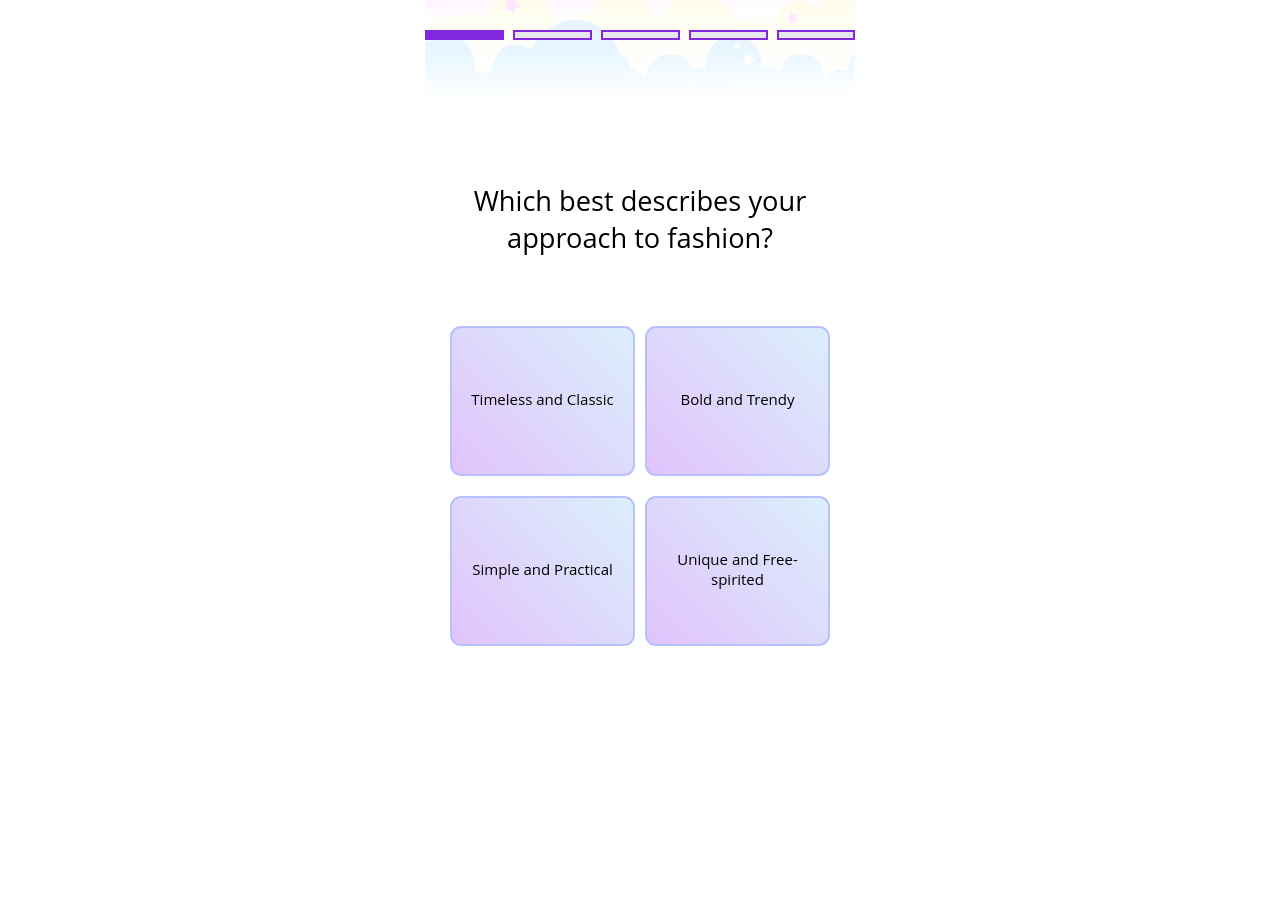
Repository: navnneett/clotho
Page: /QuestionOne
The author's editor kept a copy of each file at every save. The page is drawn from the files as they stood at one save, then again after a run of saves.
The browser window is 1280 px wide. The pictures show the whole page.
The project was rebuilt for these pictures with package versions that can differ from the ones it lists, and the page was loaded fresh each time. The framework's server and built-in components were replaced by stand-ins that run in the browser. Also part of the build but not shown: next.config.js, next.config.mjs, styles/QuestionTwo.module.css, components/Button/Button.module.css, components/Button/index.js, pages/QuestionTwo.js, styles/QuestionThree.module.css, pages/QuestionThree.js and 10 more.

Above is the page before, as saved 2024-05-04 16:50:03.

### pages/QuestionOne.js
import { useState } from "react";
import styles from "@/styles/QuestionOne.module.css";
import QuestionTwo from "./QuestionTwo";
import QuestionThree from "./QuestionThree";
import QuestionFour from "./QuestionFour";
import QuestionFive from "./QuestionFive";
import Button from "@/components/Button";
import ButtonTwo from "@/components/ButtonTwo";
import Image from "next/image";

export default function QuestionOne() {
    const [currentQuestion, setCurrentQuestion] = useState(1);
    const [selectedAnswers, setSelectedAnswers] = useState([]);
    const [quizCompleted, setQuizCompleted] = useState(false);

    const handleAnswerSelection = (answer) => {
        setSelectedAnswers([...selectedAnswers, answer]);
    };



    const handleNextQuestion = () => {
        if (currentQuestion < 5) {
            setCurrentQuestion(currentQuestion + 1);
        } else {
            setQuizCompleted(true);
        }
    };

    return (
        <>
            {currentQuestion === 1 && (
                <div className={styles.mainContainer}>
                    <Image
                        src="/images/quiz/Progress Indicator.png"
                        alt="Progress Indicator question 1"
                        width={430}
                        height={10}
                        className={styles.imageOne}
                    />
                    <div className={styles.contentContainer}>
                        <div className={styles.optionContainer}>
                            <p className={styles.openSansText} tabIndex={1}>Which best describes your approach to fashion?</p>
                            <div className={styles.optionRowOne}>
                                <ButtonTwo onClick={() => handleAnswerSelection('A')} title="Timeless and Classic" className={styles.optionRowInnerOne} tabIndex={2}/>
                                <ButtonTwo onClick={() => handleAnswerSelection('B')} title="Bold and Trendy" className={styles.optionRowInnerTwo} tabIndex={3}/>
                            </div>
                            <div className={styles.optionRowTwo}>
                                <ButtonTwo onClick={() => handleAnswerSelection('C')} title="Simple and Practical" className={styles.optionRowInnerThree} tabIndex={4}/>
                                <ButtonTwo onClick={() => handleAnswerSelection('D')} title="Unique and Free-spirited" className={styles.optionRowInnerFour} tabIndex={5}/>
                            </div>
                            <div className={styles.nextButtonContainer}>
                                {selectedAnswers.length > 0 && (
                                    <Button onClick={handleNextQuestion} title="Next" className={styles.nextButton} tabIndex={6}/>
                                )}
                            </div>
                        </div>
                    </div>
                </div>
            )}

            {currentQuestion === 2 && (
                <QuestionTwo onNextQuestion={handleNextQuestion} onAnswerSelection={handleAnswerSelection} />
            )}

            {currentQuestion === 3 && (
                <QuestionThree onNextQuestion={handleNextQuestion} onAnswerSelection={handleAnswerSelection} />
            )}

            {currentQuestion === 4 && (
                <QuestionFour onNextQuestion={handleNextQuestion} onAnswerSelection={handleAnswerSelection} />
            )}

            {currentQuestion === 5 && (
                <QuestionFive onNextQuestion={handleNextQuestion} onAnswerSelection={handleAnswerSelection} />
            )}
        </>
    );
}

### styles/globals.css
:root {

    --transparency: rgba(0, 0, 0, 0);
    --gray: rgb(119, 119, 119);
    --red: rgb(201, 8, 8);

    --large: 21px;
    --medium: 18px;
    --small: 16px;
    --logo: 25px;

    --button-linear-light: 45deg, rgba(221, 184, 255, 0.8), rgba(214, 239, 255, 0.8);
    --button-outline-light: 2px solid #B8C0FF;
    --inventory-card-outline: 4px solid #B8C0FF;
    --button-highlight-light: #8229E0;
    --black: black;
    --white: white;
    --white-transparent: rgba(255, 255, 255, 0.5);
    --light-gray: #B3B3B3;

    --chart-color-purple: #8884d8;
    --chart-color-blue: #83a6ed;
    --chart-color-cyan: #8dd1e1;
    --chart-color-bright-purple: #b399ff;
    --chart-color-light-purple: #b8c0ff;

    --inventory-bgColor: #FBFBFB;



    /* Text styles */
    --open-sans-text: 'Open Sans', sans-serif;
    --open-sans-weight: 500;
    --open-sans-size: 1.7rem;
    --open-sans-small: 1rem;
    --open-sans-medium: 1.2rem;

    --roboto-slab-text: 'Roboto Slab', serif;
    --roboto-slab-weight: 600;
    --roboto-slab-weight-small: 300;
    --roboto-slab-size: 3rem;
    --roboto-slab-small: 2rem;
}


html,
body {
    padding: 0;
    width: 430px;
    min-height: 923px;
    margin: 0 auto 0 auto;
}

### styles/QuestionOne.module.css
/* iPhone 14 Pro */

    .mainContainer {
        height: 100vh;
        background-image: url('/images/quiz/Light Mode Low Opacity.png');
        background-size: cover;
        background-position: center;

    }

    .contentContainer {
        display: flex;
        flex-direction: column;
        align-items: center;
        justify-content: center;
        height: calc(100vh - 20px);
        padding-bottom: 20px;
    }

    .optionContainer {
        display: flex;
        flex-direction: column;
        align-items: center;
        justify-content: center;
        height: 100vh;
    }

    .nextButtonContainer {

    }

    .imageOne {
        padding-top: 30px;
    }

    .openSansText {
        font-family: var(--open-sans-text);
        font-weight: var(--open-sans-weight);
        font-size: var(--open-sans-size);
        padding: 40px 10px;
        margin: 30px 20px;
        text-align: center;
    }

    .optionRowOne {
        display: flex;
        margin-bottom: 20px;
        margin-left: 20px;
        margin-right: 20px;
    }

    .optionRowTwo {
        display: flex;
        justify-content: center;
        margin-bottom: 30px;
        margin-left: 20px;
        margin-right: 20px;
    }

    .optionRowInnerOne {
        margin-right: 15px;
    }

    .optionRowInnerTwo {
        margin-left: 15px;

    }

    .selected {
        background-color: var(--button-highlight-light);
        background-image: none;
        color: var(--white);
    }

### components/ButtonTwo/index.js
import styles from './ButtonTwo.module.css';

export default function Button({
    title = "test",
    onClick = () => {},
    height,
    width,
    bgColor,
    fontSize,
    margin,
    className = '',
}) {
    return (
        <button
            className={`${styles.button} ${className}`}
            onClick={onClick}
            style={{ height, width, backgroundColor: bgColor, fontSize, margin }}
        >
            {title}
        </button>
    );
}

### components/ButtonTwo/ButtonTwo.module.css
.button {
    padding: 10px 15px 15px 15px;
    width: 185px;
    height: 150px;
    font-size: 15px;
    background-image: linear-gradient(var(--button-linear-light));
    color: var(--black);
    border: none;
    border-radius: 11px;
    cursor: pointer;
    border: var(--button-outline-light);
    font-family: var(--open-sans-text);
    align-items: center;
    margin: 0 5px 0 5px;
}

.button:hover {
    background-color: var(--button-highlight-light);
    background-image: none;
    color: var(--white);
}

Loaded but not shown: pages/_app.js (common file); pages/_document.js (common file)

After the next 2 saves:
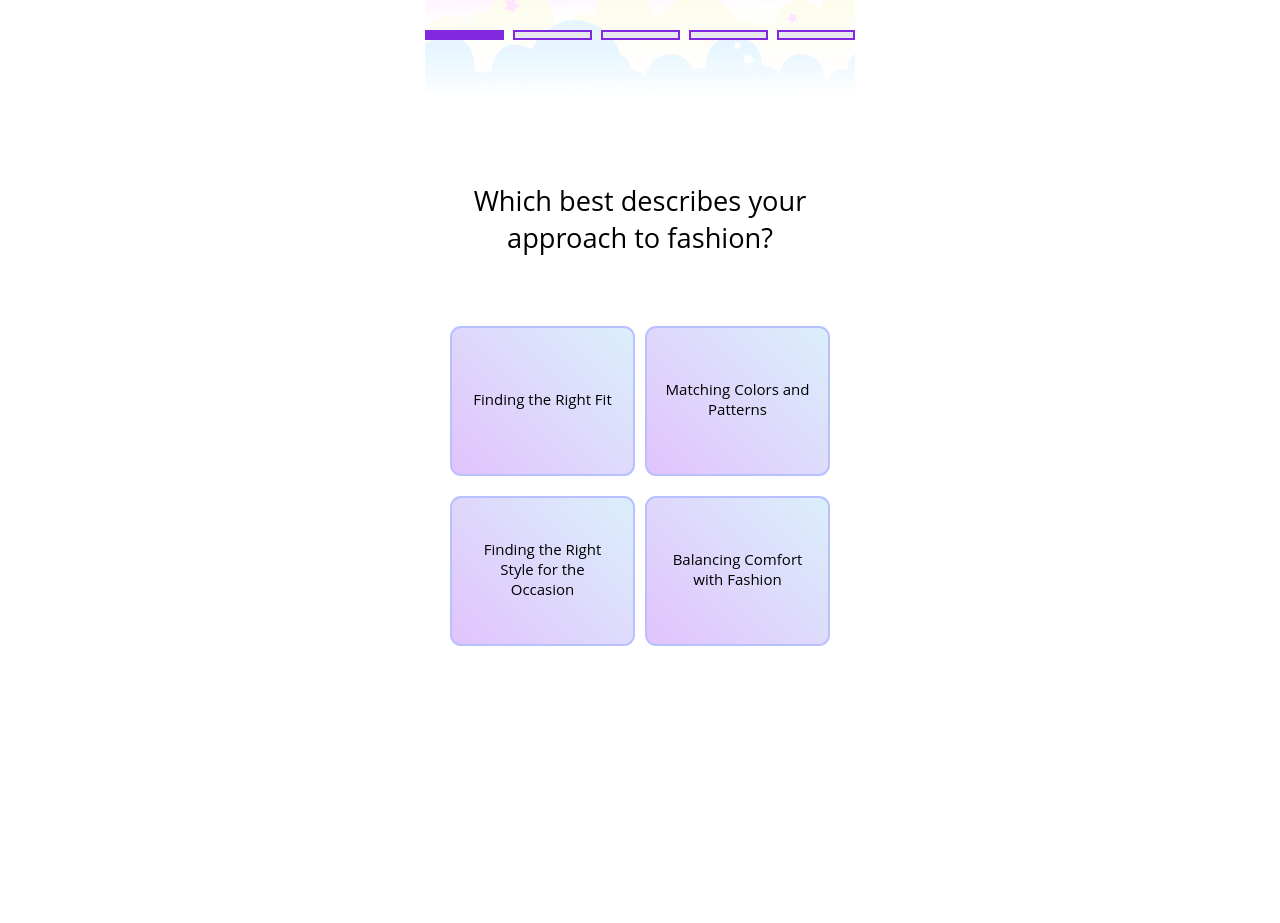
The 2 saves are shown as one change because 1 did not build or start.
The last was saved 3 min 18 s later.
--- a/pages/QuestionOne.js
+++ b/pages/QuestionOne.js
@@ -10,16 +10,22 @@ import Image from "next/image";
 
 export default function QuestionOne() {
     const [currentQuestion, setCurrentQuestion] = useState(1);
+    const [selectedAnswer, setSelectedAnswer] = useState(null);
     const [selectedAnswers, setSelectedAnswers] = useState([]);
     const [quizCompleted, setQuizCompleted] = useState(false);
 
     const handleAnswerSelection = (answer) => {
-        setSelectedAnswers([...selectedAnswers, answer]);
+        setSelectedAnswer(answer);
     };
 
+    const handleNextQuestion = () => {
 
+        if (selectedAnswer !== null) {
+            setSelectedAnswers([...selectedAnswers, selectedAnswer]);
+            setSelectedAnswer(null);
+        }
 
-    const handleNextQuestion = () => {
+        // Advance to the next question
         if (currentQuestion < 5) {
             setCurrentQuestion(currentQuestion + 1);
         } else {
@@ -27,52 +33,100 @@ export default function QuestionOne() {
         }
     };
 
+    if (quizCompleted) {
+        return (
+            <div>
+                <h1>Quiz Completed!</h1>
+                <p>Thank you for completing the quiz.</p>
+                <p>Your selected answers:</p>
+                <ul>
+                    {selectedAnswers.map((answer, index) => (
+                        <li key={index}>{answer}</li>
+                    ))}
+                </ul>
+            </div>
+        );
+    }
+
     return (
         <>
             {currentQuestion === 1 && (
                 <div className={styles.mainContainer}>
                     <Image
                         src="/images/quiz/Progress Indicator.png"
-                        alt="Progress Indicator question 1"
+                        alt="Progress Indicator"
                         width={430}
                         height={10}
                         className={styles.imageOne}
                     />
                     <div className={styles.contentContainer}>
-                        <div className={styles.optionContainer}>
-                            <p className={styles.openSansText} tabIndex={1}>Which best describes your approach to fashion?</p>
-                            <div className={styles.optionRowOne}>
-                                <ButtonTwo onClick={() => handleAnswerSelection('A')} title="Timeless and Classic" className={styles.optionRowInnerOne} tabIndex={2}/>
-                                <ButtonTwo onClick={() => handleAnswerSelection('B')} title="Bold and Trendy" className={styles.optionRowInnerTwo} tabIndex={3}/>
+                        <p className={styles.openSansText} tabIndex={1}>
+                            Which best describes your approach to fashion?
+                        </p>
+
+                        <div className={styles.optionRowOne}>
+                            <ButtonTwo
+                                onClick={() => handleAnswerSelection('A')}
+                                title="Finding the Right Fit"
+                                className={selectedAnswer === 'A' ? styles.selected : ''}
+                            />
+                            <ButtonTwo
+                                onClick={() => handleAnswerSelection('B')}
+                                title="Matching Colors and Patterns"
+                                className={selectedAnswer === 'B' ? styles.selected : ''}
+                            />
+                        </div>
+                        <div className={styles.optionRowTwo}>
+                            <ButtonTwo
+                                onClick={() => handleAnswerSelection('C')}
+                                title="Finding the Right Style for the Occasion"
+                                className={selectedAnswer === 'C' ? styles.selected : ''}
+                            />
+                            <ButtonTwo
+                                onClick={() => handleAnswerSelection('D')}
+                                title="Balancing Comfort with Fashion"
+                                className={selectedAnswer === 'D' ? styles.selected : ''}
+                            />
+                        </div>
+
+                        {selectedAnswer !== null && (
+                            <div className={styles.nextButtonContainer}>
+                                <Button
+                                    onClick={handleNextQuestion}
+                                    title="Next"
+                                />
                             </div>
-                            <div className={styles.optionRowTwo}>
-                                <ButtonTwo onClick={() => handleAnswerSelection('C')} title="Simple and Practical" className={styles.optionRowInnerThree} tabIndex={4}/>
-                                <ButtonTwo onClick={() => handleAnswerSelection('D')} title="Unique and Free-spirited" className={styles.optionRowInnerFour} tabIndex={5}/>
-                            </div>
-                            <div className={styles.nextButtonContainer}>
-                                {selectedAnswers.length > 0 && (
-                                    <Button onClick={handleNextQuestion} title="Next" className={styles.nextButton} tabIndex={6}/>
-                                )}
-                            </div>
-                        </div>
+                        )}
                     </div>
                 </div>
             )}
 
             {currentQuestion === 2 && (
-                <QuestionTwo onNextQuestion={handleNextQuestion} onAnswerSelection={handleAnswerSelection} />
+                <QuestionTwo
+                    onNextQuestion={handleNextQuestion}
+                    onAnswerSelection={handleAnswerSelection}
+                />
             )}
 
             {currentQuestion === 3 && (
-                <QuestionThree onNextQuestion={handleNextQuestion} onAnswerSelection={handleAnswerSelection} />
+                <QuestionThree
+                    onNextQuestion={handleNextQuestion}
+                    onAnswerSelection={handleAnswerSelection}
+                />
             )}
 
             {currentQuestion === 4 && (
-                <QuestionFour onNextQuestion={handleNextQuestion} onAnswerSelection={handleAnswerSelection} />
+                <QuestionFour
+                    onNextQuestion={handleNextQuestion}
+                    onAnswerSelection={handleAnswerSelection}
+                />
             )}
 
             {currentQuestion === 5 && (
-                <QuestionFive onNextQuestion={handleNextQuestion} onAnswerSelection={handleAnswerSelection} />
+                <QuestionFive
+                    onNextQuestion={handleNextQuestion}
+                    onAnswerSelection={handleAnswerSelection}
+                />
             )}
         </>
     );
